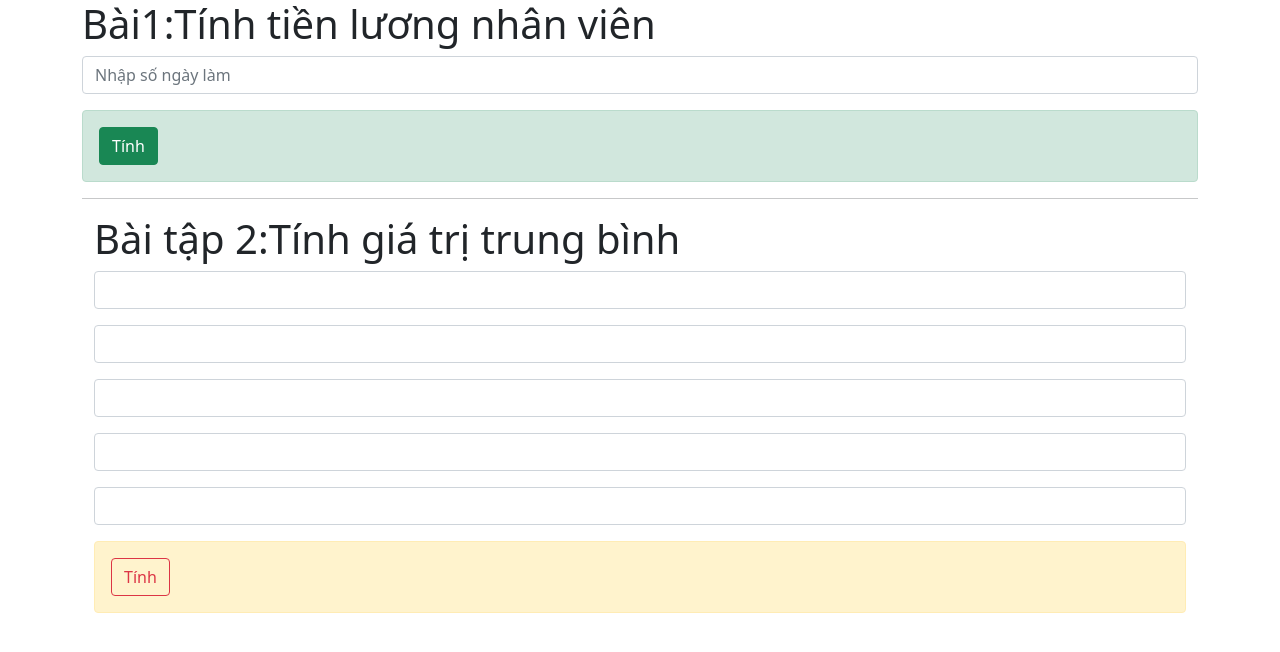
Repository: qkhanh1104k/Js-buoi2-3_giaodienbuoi1
Page: index.html
These files come from the project's save history. The page is drawn as it stood at one moment and after the next save; the edit follows.
The browser window is 1280 px wide. The pictures show the whole page.

Above is the page before, as saved 2022-07-21 10:28:52.

### index.html
<!DOCTYPE html>
<html lang="en">
<head>
    <meta charset="UTF-8">
    <meta http-equiv="X-UA-Compatible" content="IE=edge">
    <meta name="viewport" content="width=device-width, initial-scale=1.0">
    <title>Document</title>
    <link href="https://cdn.jsdelivr.net/npm/bootstrap@5.1.3/dist/css/bootstrap.min.css" rel="stylesheet" integrity="sha384-1BmE4kWBq78iYhFldvKuhfTAU6auU8tT94WrHftjDbrCEXSU1oBoqyl2QvZ6jIW3" crossorigin="anonymous">
</head>
<body>
    <div class="container">
        <h1>Bài1:Tính tiền lương nhân viên</h1>
        <div>
            <input type="text" id="txtNum" class="form-control mb-3" placeholder="Nhập số ngày làm">
            <div class="alert alert-success" id="resultBT1">
                <button class="btn btn-success" onclick="demoWhile()">Tính</button>
            </div>
        </div>
        <hr>
        <div class="container">
            <h1>Bài tập 2:Tính giá trị trung bình </h1>
            <div>
                <input type="text" id="txtNum1Bt2" class="form-control mb-3" >
                <input type="text" id="txtNum2Bt2" class="form-control mb-3" >
                <input type="text" id="txtNum3Bt2" class="form-control mb-3" >
                <input type="text" id="txtNum4Bt2" class="form-control mb-3" >
                <input type="text" id="txtNum5Bt2" class="form-control mb-3" >
                <div class="alert alert-warning " id="resBt2">
                    <button class="btn btn-outline-danger" onclick="calcAvarage5()">Tính</button>
                </div>
            </div>
        </div>
    </div>


    <script src="./index.js"></script>
</body>
</html>

### index.js
// bai tap 1
 /* input:lương 1 ngày, số ngày làm
    process:
    1.lấy input
    2.tính lương= số ngày *lương 1 ngày
    3.log ra màn hình
    output:tiền lương
  */
function demoWhile(){
    var value = +document.getElementById("txtNum").value;
    var salaryPerDay = 200000;
    var salary = value*salaryPerDay;
    document.getElementById("resultBT1").innerHTML= salary;
}

After the next save:
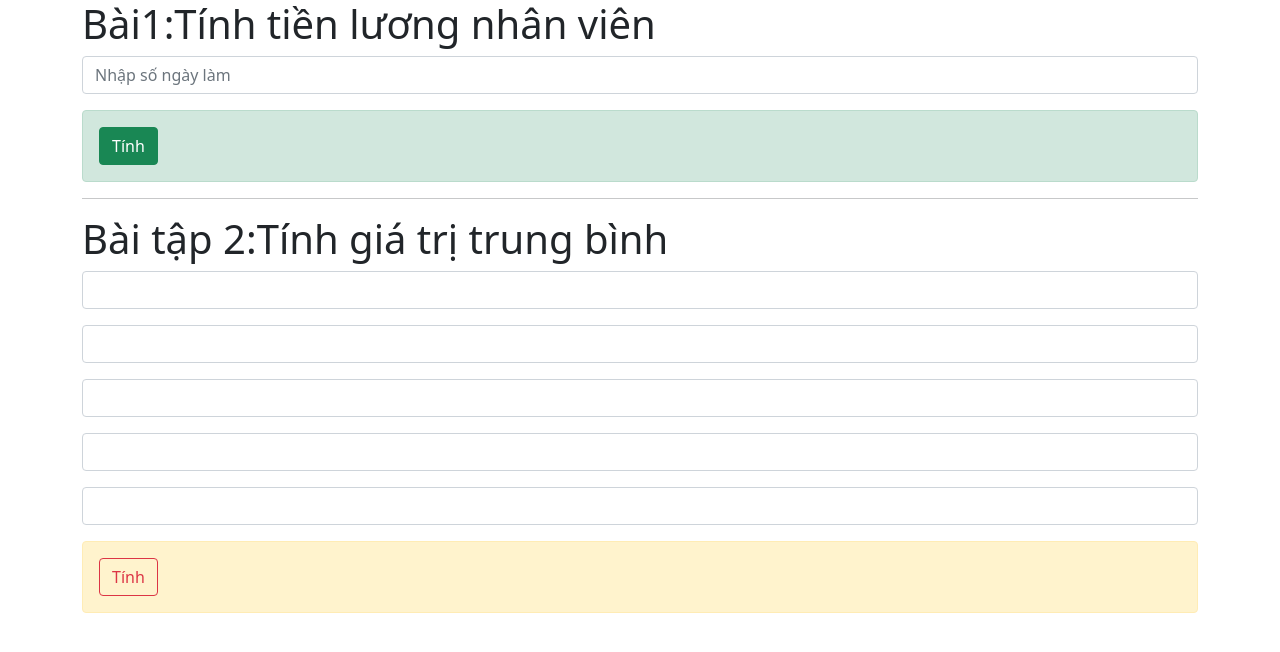
Saved 46 s later.
--- a/index.html
+++ b/index.html
@@ -1,38 +1,47 @@
 <!DOCTYPE html>
 <html lang="en">
-<head>
-    <meta charset="UTF-8">
-    <meta http-equiv="X-UA-Compatible" content="IE=edge">
-    <meta name="viewport" content="width=device-width, initial-scale=1.0">
+  <head>
+    <meta charset="UTF-8" />
+    <meta http-equiv="X-UA-Compatible" content="IE=edge" />
+    <meta name="viewport" content="width=device-width, initial-scale=1.0" />
     <title>Document</title>
-    <link href="https://cdn.jsdelivr.net/npm/bootstrap@5.1.3/dist/css/bootstrap.min.css" rel="stylesheet" integrity="sha384-1BmE4kWBq78iYhFldvKuhfTAU6auU8tT94WrHftjDbrCEXSU1oBoqyl2QvZ6jIW3" crossorigin="anonymous">
-</head>
-<body>
+    <link
+      href="https://cdn.jsdelivr.net/npm/bootstrap@5.1.3/dist/css/bootstrap.min.css"
+      rel="stylesheet"
+      integrity="sha384-1BmE4kWBq78iYhFldvKuhfTAU6auU8tT94WrHftjDbrCEXSU1oBoqyl2QvZ6jIW3"
+      crossorigin="anonymous"
+    />
+  </head>
+  <body>
     <div class="container">
-        <h1>Bài1:Tính tiền lương nhân viên</h1>
-        <div>
-            <input type="text" id="txtNum" class="form-control mb-3" placeholder="Nhập số ngày làm">
-            <div class="alert alert-success" id="resultBT1">
-                <button class="btn btn-success" onclick="demoWhile()">Tính</button>
-            </div>
+      <h1>Bài1:Tính tiền lương nhân viên</h1>
+      <div>
+        <input
+          type="text"
+          id="txtNum"
+          class="form-control mb-3"
+          placeholder="Nhập số ngày làm"
+        />
+        <div class="alert alert-success" id="resultBT1">
+          <button class="btn btn-success" onclick="demoWhile()">Tính</button>
         </div>
-        <hr>
-        <div class="container">
-            <h1>Bài tập 2:Tính giá trị trung bình </h1>
-            <div>
-                <input type="text" id="txtNum1Bt2" class="form-control mb-3" >
-                <input type="text" id="txtNum2Bt2" class="form-control mb-3" >
-                <input type="text" id="txtNum3Bt2" class="form-control mb-3" >
-                <input type="text" id="txtNum4Bt2" class="form-control mb-3" >
-                <input type="text" id="txtNum5Bt2" class="form-control mb-3" >
-                <div class="alert alert-warning " id="resBt2">
-                    <button class="btn btn-outline-danger" onclick="calcAvarage5()">Tính</button>
-                </div>
-            </div>
+      </div>
+      <hr />
+      <h1>Bài tập 2:Tính giá trị trung bình</h1>
+      <div>
+        <input type="text" id="txtNum1Bt2" class="form-control mb-3" />
+        <input type="text" id="txtNum2Bt2" class="form-control mb-3" />
+        <input type="text" id="txtNum3Bt2" class="form-control mb-3" />
+        <input type="text" id="txtNum4Bt2" class="form-control mb-3" />
+        <input type="text" id="txtNum5Bt2" class="form-control mb-3" />
+        <div class="alert alert-warning" id="resBt2">
+          <button class="btn btn-outline-danger" onclick="calcAvarage5()">
+            Tính
+          </button>
         </div>
+      </div>
     </div>
 
-
     <script src="./index.js"></script>
-</body>
+  </body>
 </html>
